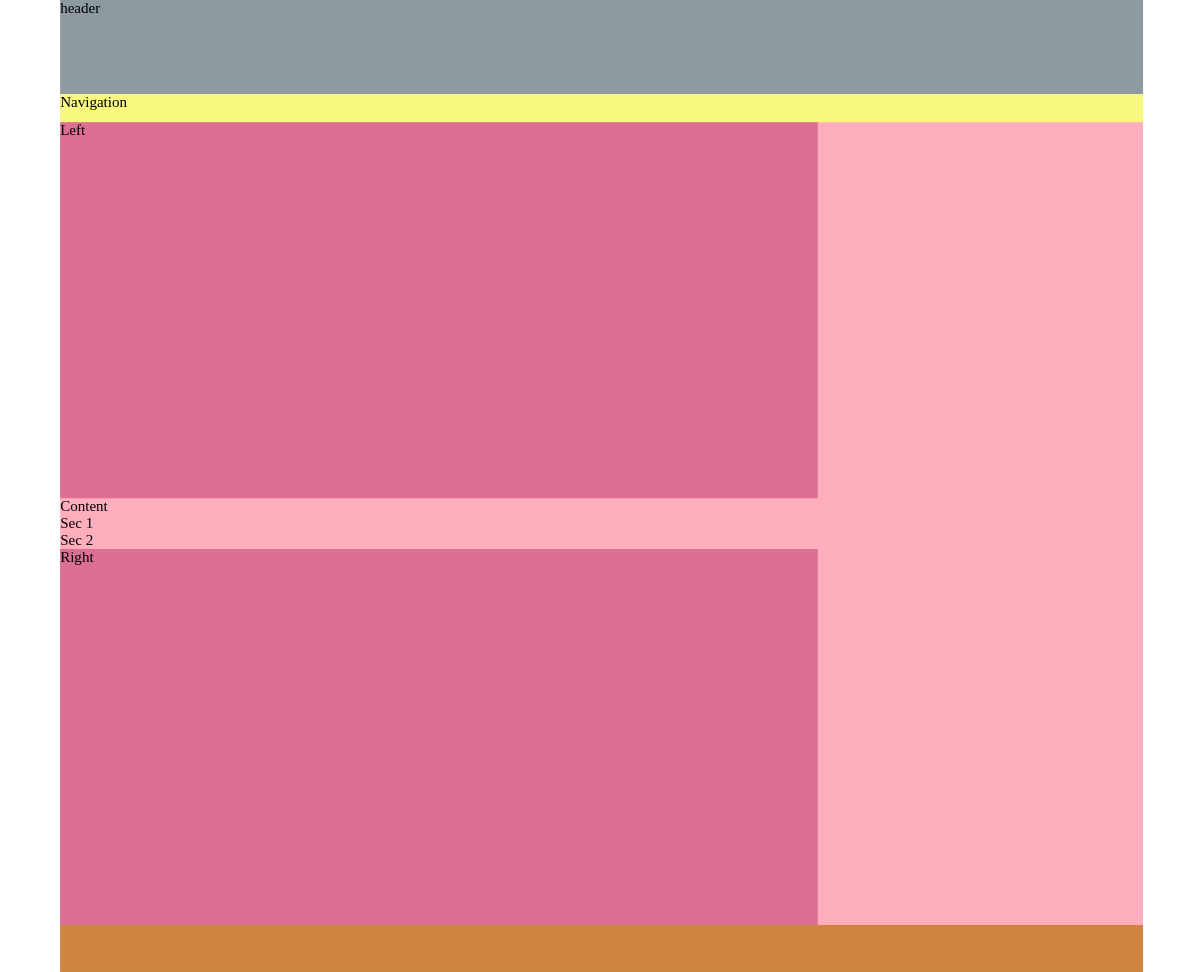
Repository: cvTuananh/Wed-famework
Page: Lab04/lab04/demo04.html
The author's editor kept a copy of each file at every save. The page is drawn from the files as they stood at one save, then again after the next save.
The browser window is 1280 px wide. The pictures show the whole page, at 94% of full size.

Above is the page before, as saved 2021-09-28 18:52:38.

After the next save:
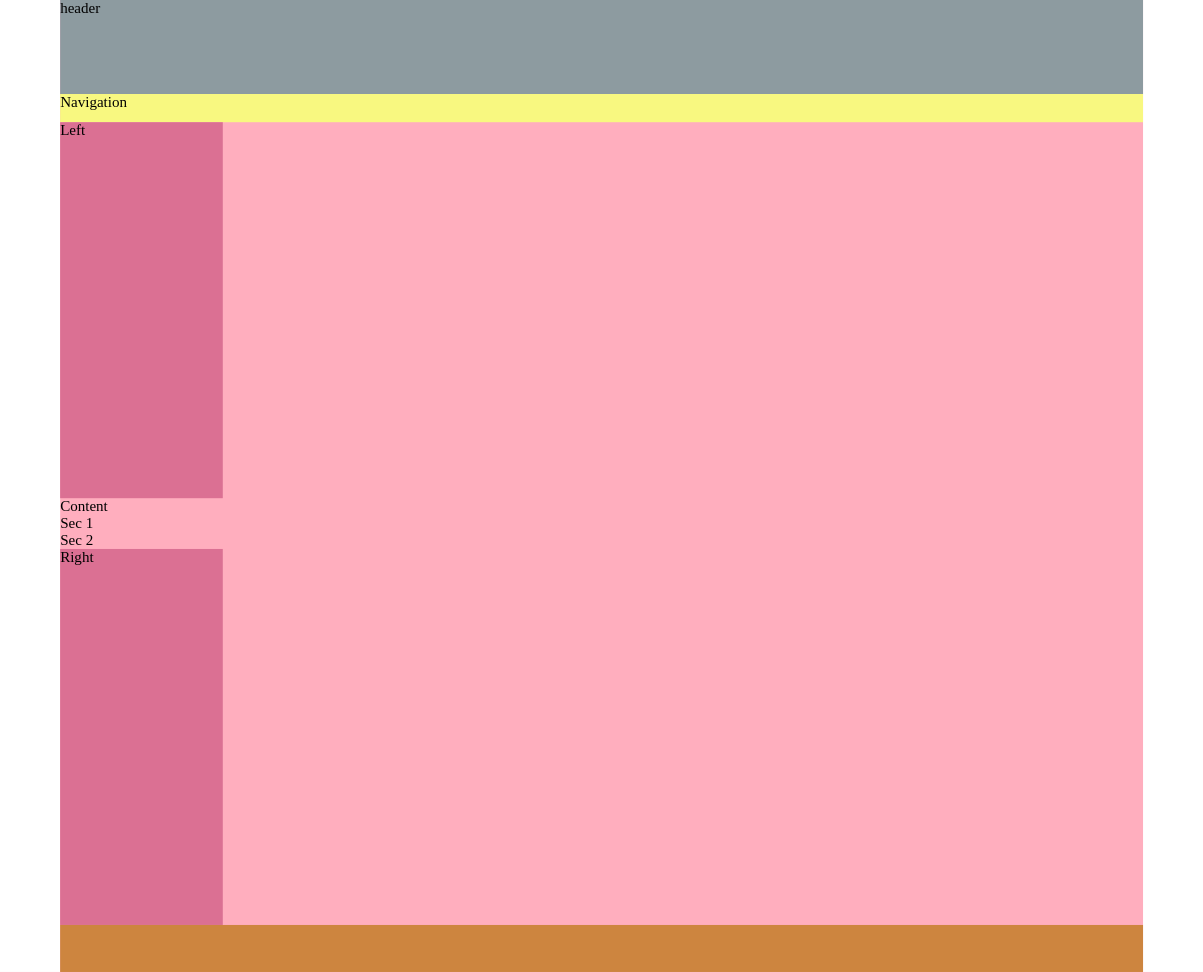
Saved 26 s later.
--- a/Lab04/lab04/demo04.css
+++ b/Lab04/lab04/demo04.css
@@ -21,7 +21,7 @@
 aside{
     background-color: palevioletred;
     min-height: 400px;
-    width:70%
+    width:15%
 
 }
 footer{
